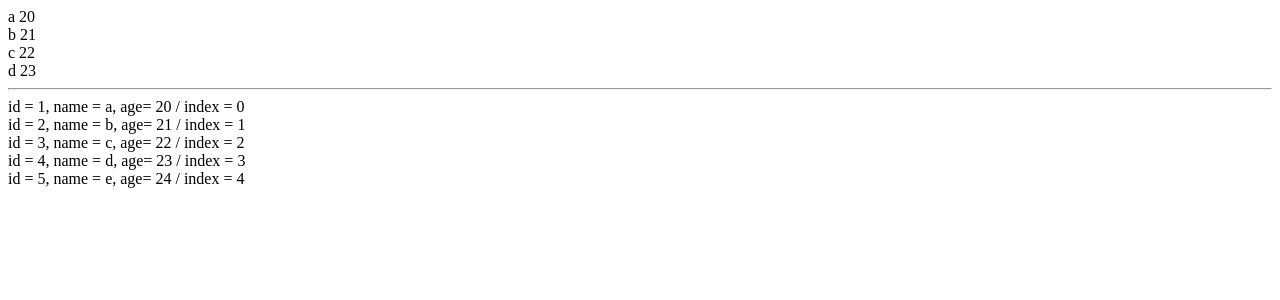
Repository: RyuGeunHwan/code_J
Page: Vuejs/22-08-10 vuejs v-for.html
An editor plug-in stored every save of this project. The page is shown before and after the next save, followed by the edit.
The browser window is 1280 px wide. The pictures show the whole page.

Above is the page before, as saved 2022-08-10 10:16:36.

After the next save:
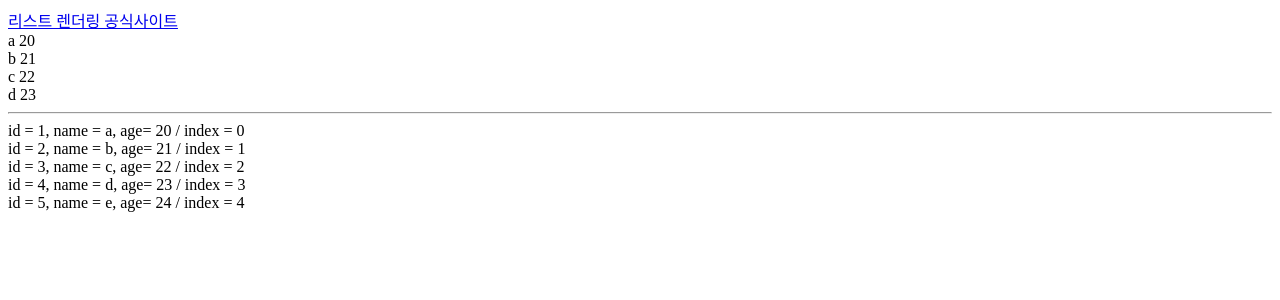
Saved 4 min 24 s later.
--- a/Vuejs/22-08-10 vuejs v-for.html
+++ b/Vuejs/22-08-10 vuejs v-for.html
@@ -4,11 +4,12 @@
     <meta charset="UTF-8">
     <meta http-equiv="X-UA-Compatible" content="IE=edge">
     <meta name="viewport" content="width=device-width, initial-scale=1.0">
-    <title>v-for(vuejs 반복문)</title>
+    <title>v-for 리스트 렌더링(vuejs 반복문)</title>
     <script src="https://cdn.jsdelivr.net/npm/vue/dist/vue.js"></script>
 </head>
 <body>
     <div id="app">
+        <a href="https://kr.vuejs.org/v2/guide/list.html">리스트 렌더링 공식사이트</a>
         <div>
             {{people[0].name}} {{people[0].age}}
         </div>
